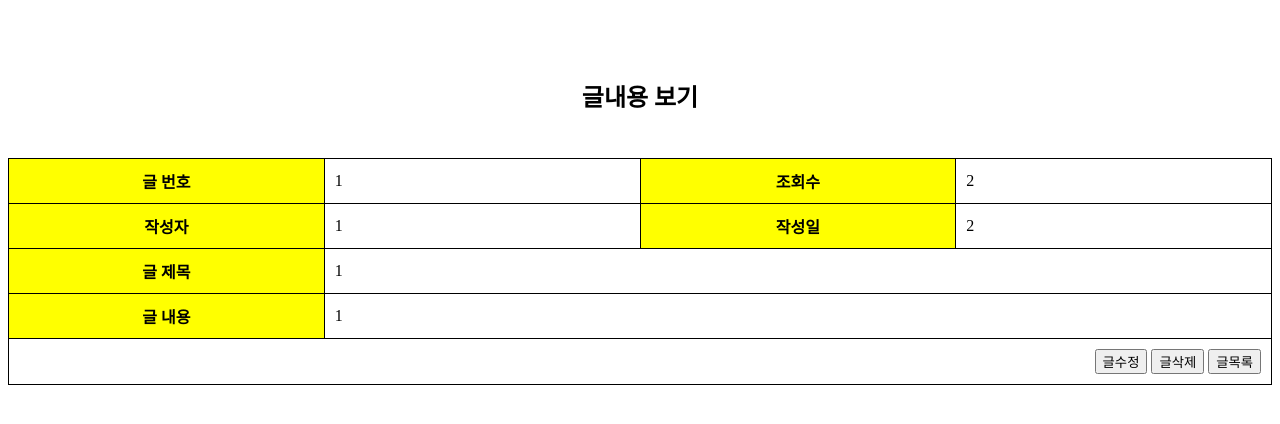
Repository: dlswn666/SpringStudy
Page: http://localhost/boardMVC/WEB-INF/jsp/board/context.jsp
An editor plug-in stored every save of this project. The page is shown before and after the next save, followed by the edit.
The browser window is 1280 px wide. The pictures show the whole page.
The page is served by Tomcat 9. Nobody is signed in. Other server files are loaded and not shown. The template is opened directly, without the code that normally fills it, so the values that code supplies are empty.

Above is the page before, as saved 2021-02-28 06:09:11.

### boardMVC/WebContent/WEB-INF/jsp/board/context.jsp
<%@ page language="java" contentType="text/html; charset=UTF-8"
    pageEncoding="UTF-8"%>
<!DOCTYPE html>
<html>
<head>
<meta charset="UTF-8">
<title>Insert title here</title>
<style type="text/css">
	.readInfo{
		padding-top : 50px;
		height: 100px;
		width : 200px;
	}

	table {
		border: 1px solid black;
		width: 100%;
		 border-collapse: collapse;
	}
	th{
		border: 1px solid black;
		background-color: yellow;
		width: 25%;
		 padding: 10px;
	}
	td{
		border: 1px solid black;
		width: 25%;
		 padding: 10px;
	}
</style>

</head>
<body>
	<div align="center">
		<div class="readInfo">
			<h2> 글내용 보기</h2>
		</div>
		<table boarder="1px" >
			<tr>
				<th>글 번호</th>
				<td><%=1 %></td>
				<th>조회수</th>
				<td><%=2 %></td>
			</tr>
			<tr>
				<th>작성자</th>
				<td><%=1 %></td>
				<th>작성일</th>
				<td><%=2 %></td>
			</tr>
			<tr>
				<th>글 제목</th>
				<td colspan="3">1</td>
			</tr>
			<tr>
				<th>글 내용</th>
				<td colspan="3">1</td>
			</tr>
			<tr align="right" background-color="yellow">
				<td colspan="4">
								 <input type="button" value="글수정">
								 <input type="button" value="글삭제">
								 <input type="button" value="글목록">
				</td>

			</tr>
		</table>

	</div>
</body>
</html>

After the next save:
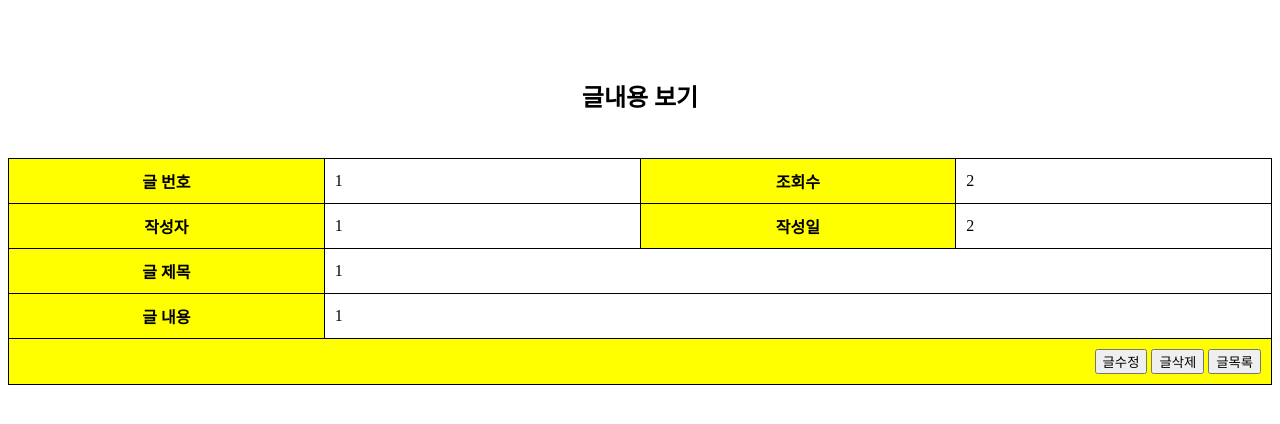
Saved 15 s later.
--- a/boardMVC/WebContent/WEB-INF/jsp/board/context.jsp
+++ b/boardMVC/WebContent/WEB-INF/jsp/board/context.jsp
@@ -57,7 +57,7 @@
 				<th>글 내용</th>
 				<td colspan="3">1</td>
 			</tr>
-			<tr align="right" background-color="yellow">
+			<tr align="right" bgcolor="yellow">
 				<td colspan="4">
 								 <input type="button" value="글수정">
 								 <input type="button" value="글삭제">
